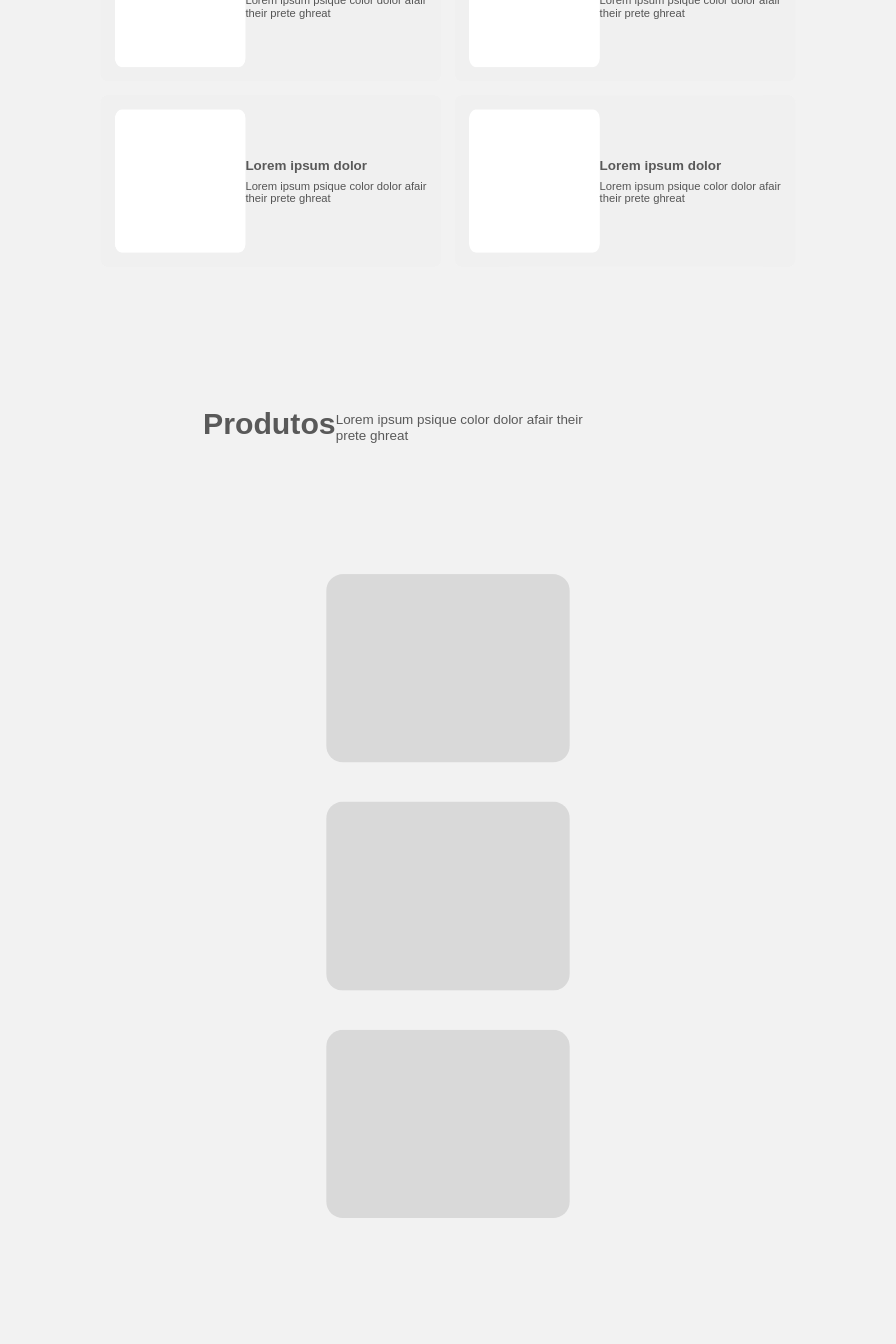
Repository: Matheus904-12/Reforma
Page: index.html
These files come from the project's save history. The page is drawn as it stood at one moment and after the next save; the edit follows.
The browser window is 1280 px wide. The pictures show the part of the page from y = 1113 to 3033 px (the page is 3033 px tall before and 2540 px after), at 70% of full size.

Above is the page before, as saved 2024-08-01 20:22:21.

After the next save:
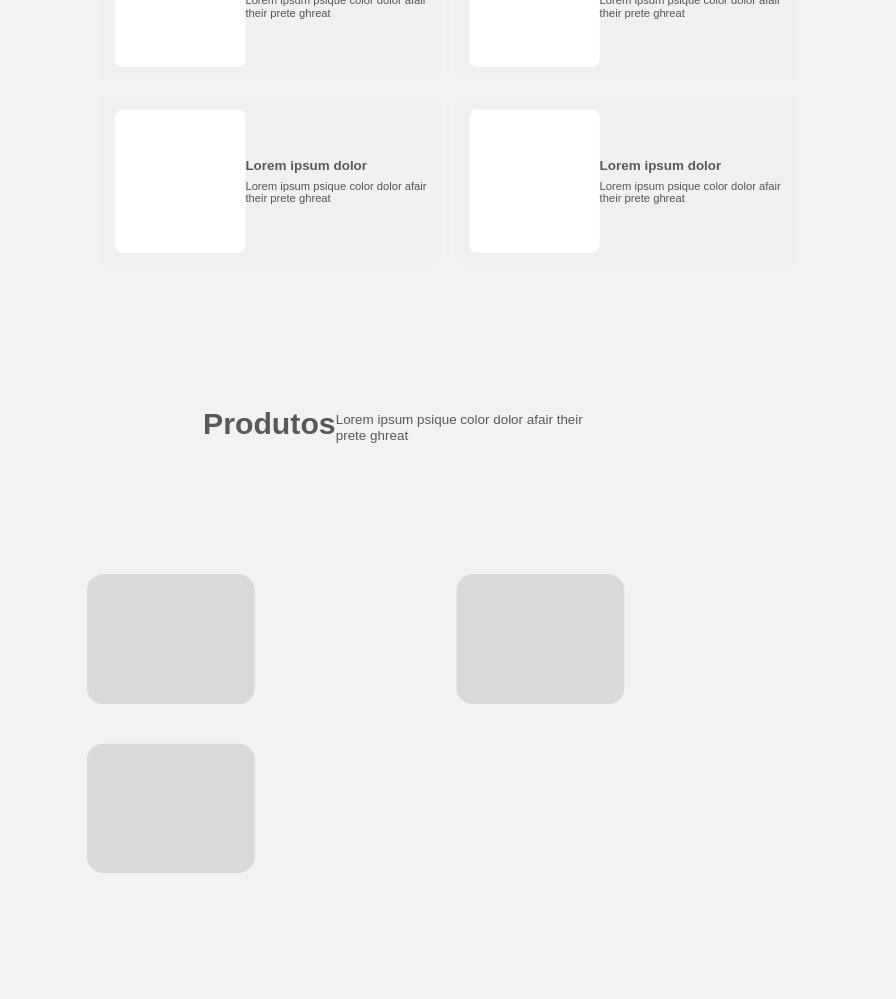
Saved 36 s later.
--- a/styles.css
+++ b/styles.css
@@ -379,7 +379,7 @@ img {
 
 /* For medium devices */
 @media screen and (min-width: 768px) {
-  .card__container {
+  .card__produto {
     grid-template-columns: repeat(2, 1fr);
     column-gap: 1.5rem;
   }
